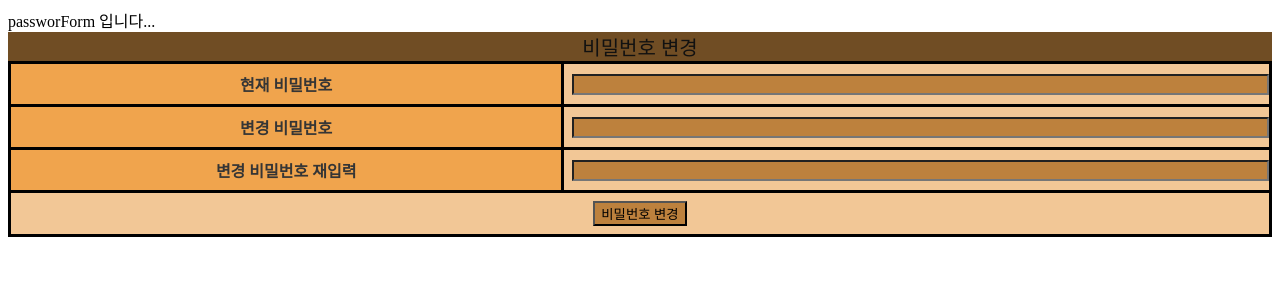
Repository: LucestDail/jdbcWorkspace
Page: http://localhost/jdbcProject/model1/member/passwordForm.jsp
An editor plug-in stored every save of this project. The page is shown before and after the next save, followed by the edit.
The browser window is 1280 px wide. The pictures show the whole page.
The page is served by Tomcat 9. Other server files are loaded and not shown.

Above is the page before, as saved 2020-11-19 02:17:20.

### jdbcProject/WebContent/model1/member/passwordForm.jsp
<%@ page language="java" contentType="text/html; charset=EUC-KR"
    pageEncoding="EUC-KR"%>
<!DOCTYPE html>
<html>
<head>
<meta charset="EUC-KR">
<title>Insert title here</title>
<link rel = "stylesheet" href = "../../css/main.css">
<script type = "text/javascript">
	function inchk(f){
		if(f.chgpass.value != f.chgpass2.value){
			alert("변경 비밀번호와 변경 비밀번호 재입력이 다릅니다.");
			f.chgpass2.value="";
			f.chgpass2.focus();
			return false;
		}
		return true;
	}
</script>
</head>
<body>
passworForm 입니다...
<form action = "password.jsp" method = "post" name = "f" onsubmit = "return inchk(this)">
	<table><caption>비밀번호 변경</caption>
		<tr>
			<th> 현재 비밀번호</th>
			<td>
				<input type = "password" name = "pass">
			</td>
		</tr>
		<tr>
			<th> 변경 비밀번호</th>
			<td>
				<input type = "password" name = "chgpass">
			</td>
		</tr>
		<tr>
			<th> 변경 비밀번호 재입력</th>
			<td>
				<input type = "password" name = "chgpass2">
			</td>
		</tr>
		<tr>
			<td colspan = "2">
				<input type = "submit" value = "비밀번호 변경">
			</td>
		</tr>
	</table>
</form>
</body>
</html>

### jdbcProject/WebContent/css/main.css
@charset "EUC-KR";
table{
	width:100%;
	border-collapse: collapse;
}

th,td{
	border: 3px solid black;
	text-align:center;
	padding: 8px;
}
th{
	background-color: #F0A44D;
	color: #353535;
}
td{
	background-color: #F2C796;
}
caption{
	color:#111111;
	font-size: 20px;
	background-color: #704D24;
}
input[type=text], input[type=password]{
	width: 100%;
}
textarea {
	width: 100%;
	height: 200px;
	padding: 10px;
	box-sizing: border-box;
	border: solid 2px #1E90FF;
	border-radius: 5px;
	font-size: 16px;
	resize: both;
}

input{
	background-color: #BD813D;
}

After the next save:
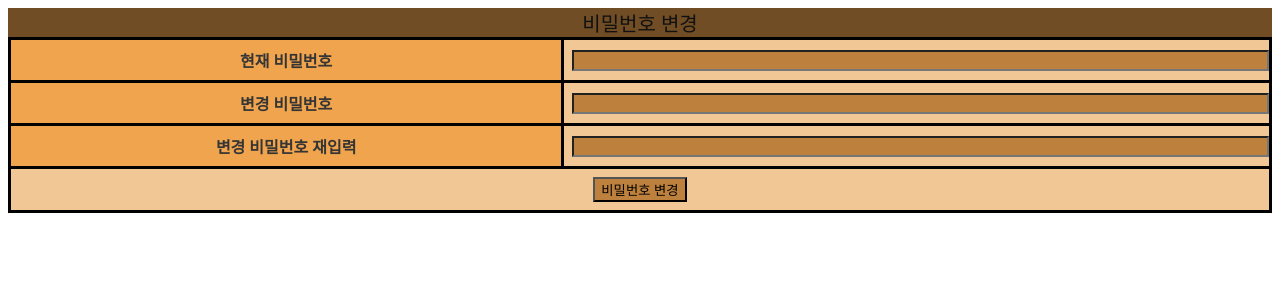
Saved 22 s later.
--- a/jdbcProject/WebContent/model1/member/passwordForm.jsp
+++ b/jdbcProject/WebContent/model1/member/passwordForm.jsp
@@ -19,7 +19,6 @@
 </script>
 </head>
 <body>
-passworForm 입니다...
 <form action = "password.jsp" method = "post" name = "f" onsubmit = "return inchk(this)">
 	<table><caption>비밀번호 변경</caption>
 		<tr>
